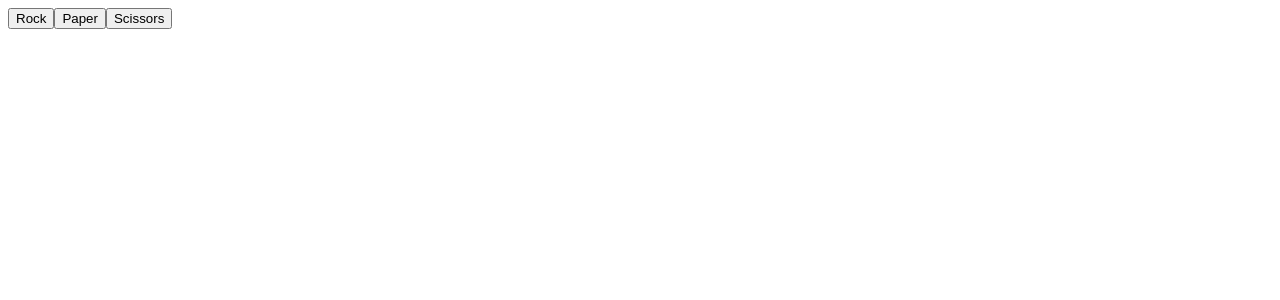
Repository: weazzyefff/Rock-Paper-Scissors
Page: rock-paper-scissors.html
The author's editor kept a copy of each file at every save. The page is drawn from the files as they stood at one save, then again after the next save.
The browser window is 1280 px wide. The pictures show the whole page.

Above is the page before, as saved 2022-11-29 12:36:01.

After the next save:
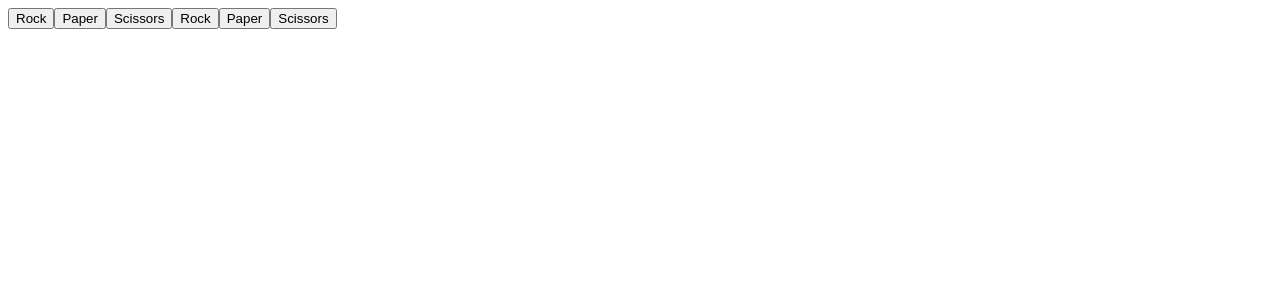
Saved 18 s later.
--- a/script.js
+++ b/script.js
@@ -71,7 +71,7 @@
     return playerSelection;*/
 }
 getPlayerChoice();
-console.log(getPlayerChoice);
+console.log(getPlayerChoice());
 
 
 

After the save that followed:
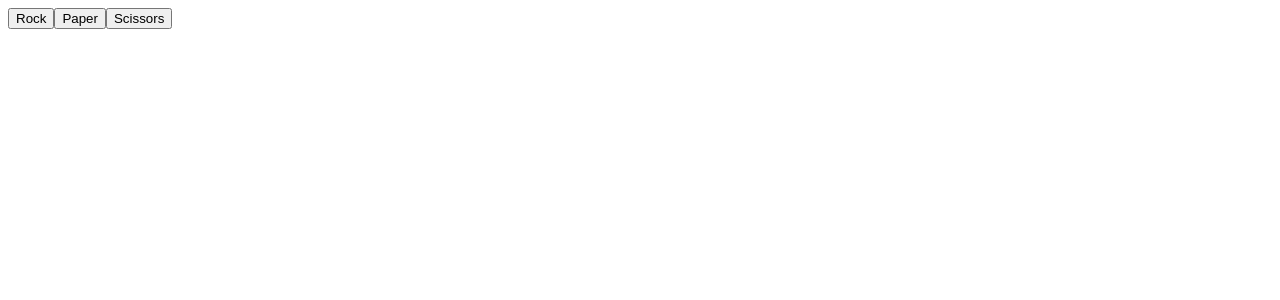
Saved 13 s later.
--- a/script.js
+++ b/script.js
@@ -70,7 +70,7 @@
     }
     return playerSelection;*/
 }
-getPlayerChoice();
+
 console.log(getPlayerChoice());
 
 
